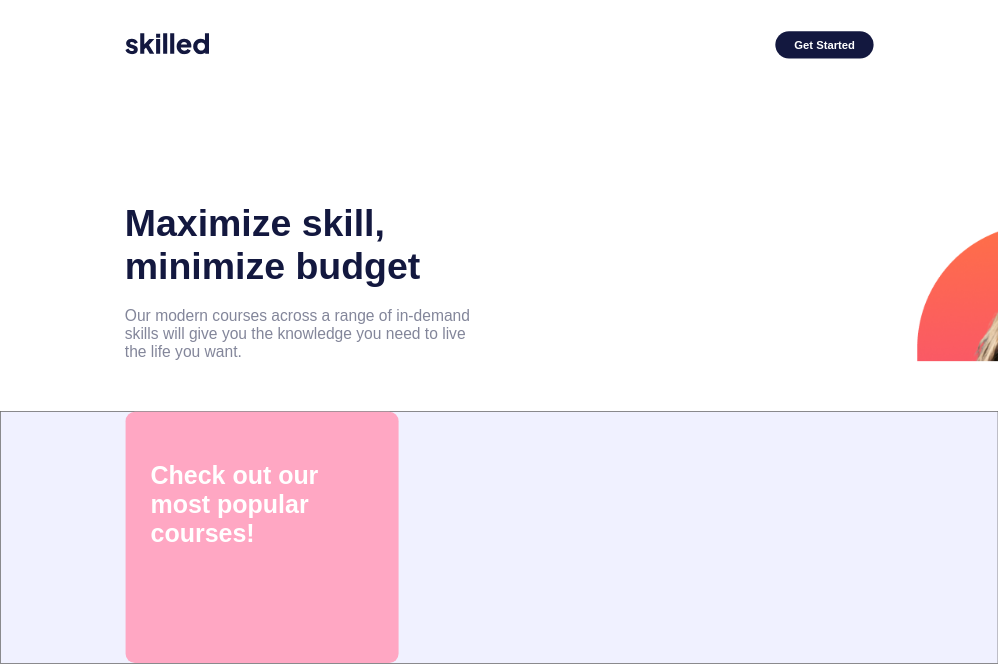
Repository: exe-walt/E-Learning-Landing-Page
Page: index.html
These files come from the project's save history. The page is drawn as it stood at one moment and after a run of saves; the edit follows.
The browser window is 1280 px wide. The pictures show the whole page, at 78% of full size.
Some web fonts or font styles are not loaded; a fallback is used.

Above is the page before, as saved 2025-05-28 14:10:38.

After the next 3 saves:
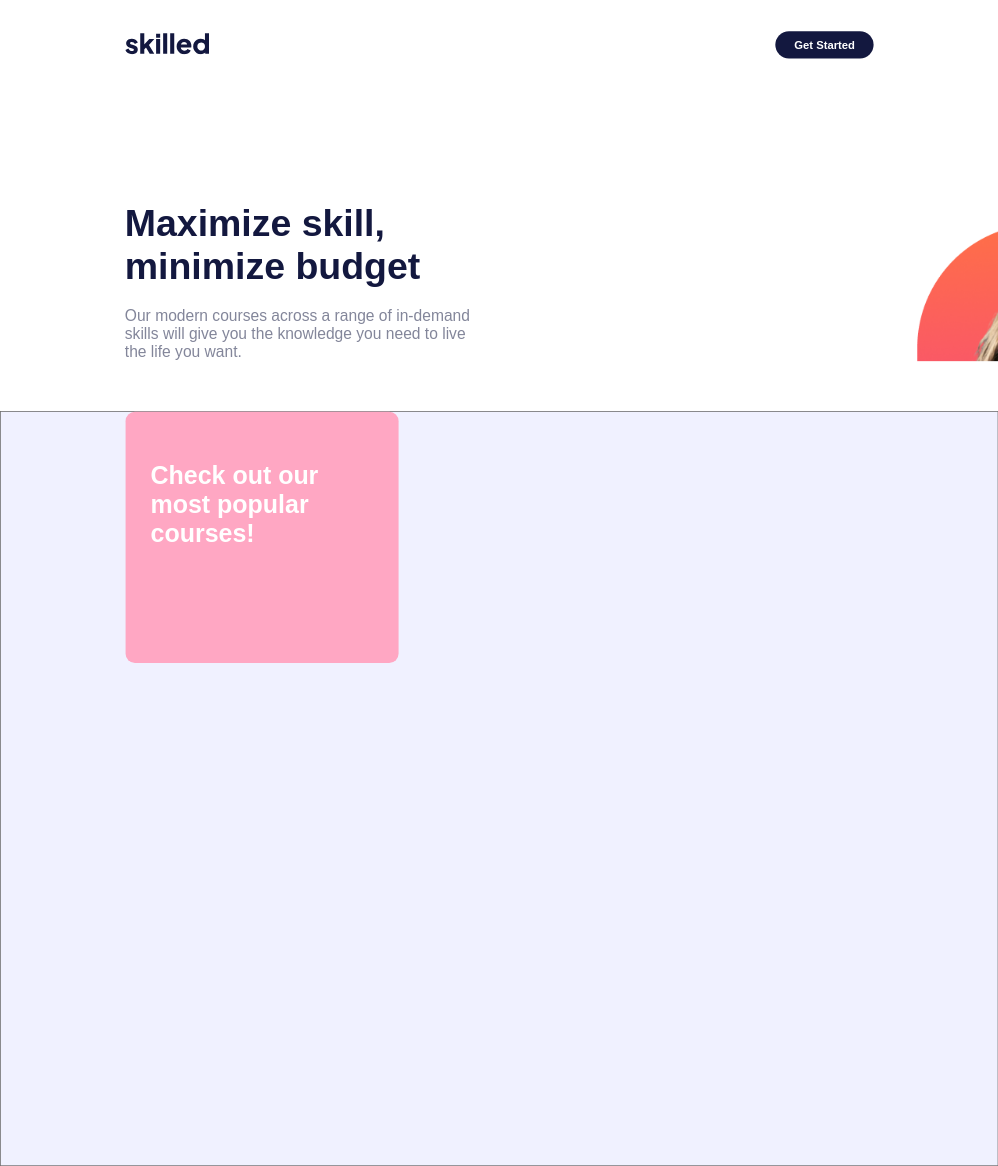
The 3 saves are shown as one change because they came seconds apart.
The last was saved 10 s later.
--- a/css/style.css
+++ b/css/style.css
@@ -112,4 +112,8 @@ body {
   justify-content: center;
 }
 
-.animation-card, design-card
+.animation-card, .design-card{
+  width: 350px;
+  height: 322px;
+  border-radius: 12px;
+}
